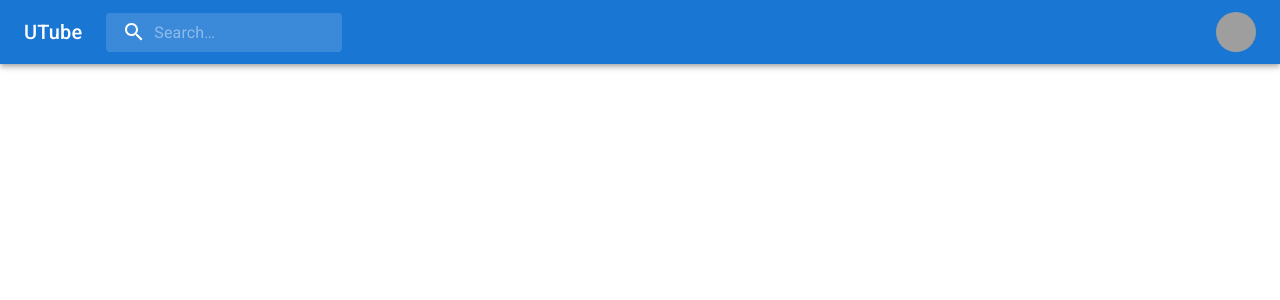
Repository: GokulDev4U/SocialBoatAssignment
Page: /
These files come from the project's save history. The page is drawn as it stood at one moment and after the next save; the edit follows.
The browser window is 1280 px wide. The pictures show the whole page.
Pictures or frames that could not be fetched are drawn as grey boxes. The page's requests for data from a server got no answer. The project was rebuilt for these pictures with package versions that can differ from the ones it lists, and the page was loaded fresh each time. No one was signed in, and anything a server would have sent is missing. Also part of the build but not shown: src/components/VideoCard.jsx.

Above is the page before, as saved 2022-05-15 16:33:50.

After the next save:
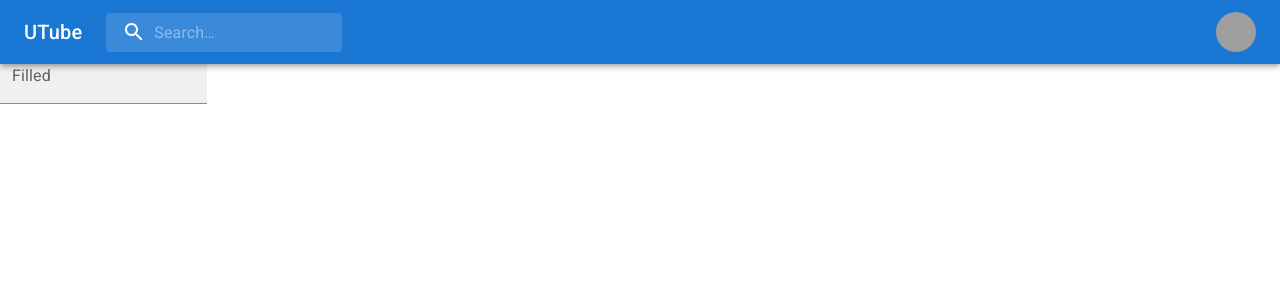
Saved 21 min 6 s later.
--- a/src/components/Header.jsx
+++ b/src/components/Header.jsx
@@ -10,6 +10,8 @@ import SearchIcon from '@mui/icons-material/Search';
 import Avatar from '@mui/material/Avatar';
 import VideoList from './VideoList';
 import useFetch from './useFetch';
+import TextField from '@mui/material/TextField';
+import Button from '@mui/material/Button';
 
 
 const Search = styled('div')(({ theme }) => ({
@@ -129,6 +131,10 @@ export default function Header() {
                 </Toolbar>
             </AppBar>
             <VideoList fetchVideo={data} />
+            <Box>
+                <TextField id="filled-basic" label="Filled" variant="filled" />
+                <Button></Button>
+            </Box>
         </Box>
     );
 }
